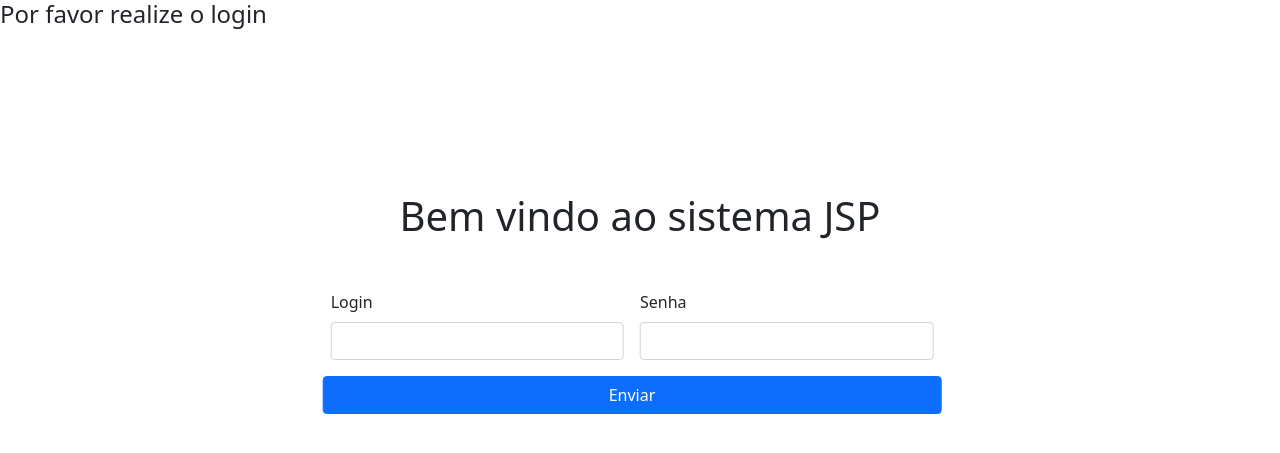
Repository: EduCarmo/PROJETO_JAVA-JSP_JDBC_SQL_JAVA
Page: http://localhost/curso-jsp/principal/cadastrousuario.jsp
An editor plug-in stored every save of this project. The page is shown before and after the next save, followed by the edit.
The browser window is 1280 px wide. The pictures show the whole page.
The page is served by Tomcat 10. Other server files are loaded and not shown.

Above is the page before, as saved 2024-03-13 22:03:57.

### curso-jsp/src/main/webapp/index.jsp
<%@ page language="java" contentType="text/html; charset=UTF-8"
	pageEncoding="UTF-8"%>
<!DOCTYPE html>
<html lang="pt-BR">
<head>
<meta charset="UTF-8">
<meta name="viewport" content="width=device-width, initial-scale=1">

<link
	href="https://cdn.jsdelivr.net/npm/bootstrap@5.0.2/dist/css/bootstrap.min.css"
	rel="stylesheet"
	integrity="sha384-EVSTQN3/azprG1Anm3QDgpJLIm9Nao0Yz1ztcQTwFspd3yD65VohhpuuCOmLASjC"
	crossorigin="anonymous">

<title>Curso JSP</title>

<style type="text/css">

form{
	position: absolute;
	top: 50%;
	left: 50%;
	transform: translate(-50%,-50%);
}

h1{
	position: absolute;
	top: 30%;
	left: 50%;
	transform: translate(-50%,-50%);

}

</style>

</head>
<body>

	<h1>Bem vindo ao sistema JSP</h1>

	<form action="ServletLogin" method="post" class="row g-3">

		<input type="hidden" value="<%=request.getParameter("url")%>"
			name="url">

		<div class="col-md-6">
			<label class="form-label">Login</label>
			<input name="login" type="text" class="form-control">
		</div>

		<div class="col-md-6">
			<label class="form-label">Senha</label>
			<input name="senha" type="password" class="form-control">
		</div>

		<input type="submit" value="Enviar" class="btn btn-primary">
	</form>

	<h4>${msg}</h4>

	<script
		src="https://cdn.jsdelivr.net/npm/bootstrap@5.0.2/dist/js/bootstrap.bundle.min.js"
		integrity="sha384-MrcW6ZMFYlzcLA8Nl+NtUVF0sA7MsXsP1UyJoMp4YLEuNSfAP+JcXn/tWtIaxVXM"
		crossorigin="anonymous"></script>

</body>
</html>

After the next save:
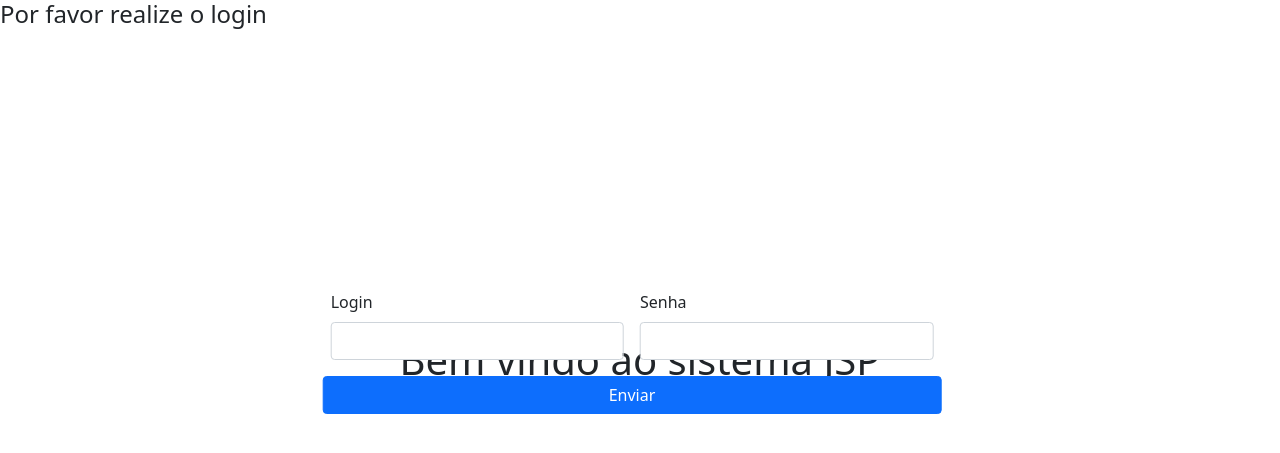
Saved 20 s later.
--- a/curso-jsp/src/main/webapp/index.jsp
+++ b/curso-jsp/src/main/webapp/index.jsp
@@ -25,7 +25,7 @@ form{
 
 h1{
 	position: absolute;
-	top: 30%;
+	top: 50%;
 	left: 50%;
 	transform: translate(-50%,-50%);
 
